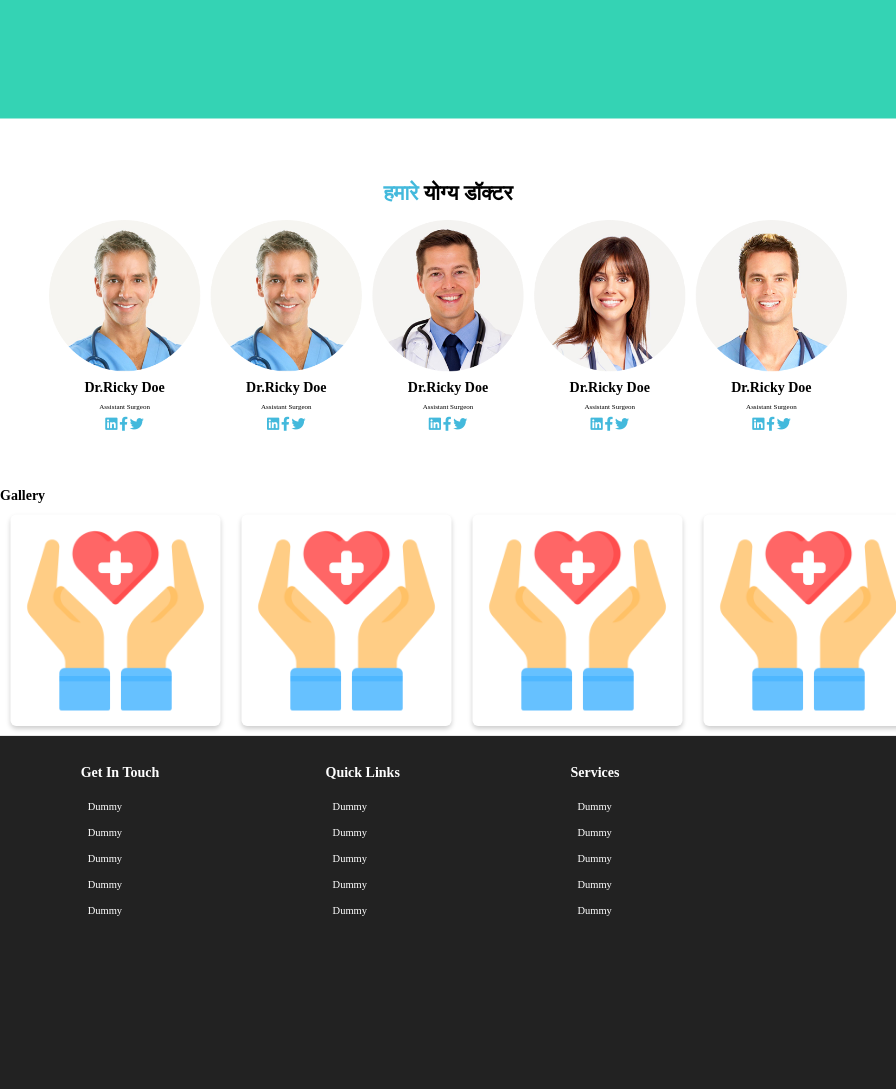
Repository: Aayush919/test
Page: index.html
An editor plug-in stored every save of this project. The page is shown before and after a run of saves, followed by the edit.
The browser window is 1280 px wide. The pictures show the part of the page from y = 2826 to 4746 px (the page is 4381 px tall before and 4746 px after), at 70% of full size.
Some web libraries are served in a nearby version.

Above is the page before, as saved 2023-10-15 12:56:29.
Console error: TypeError: Cannot read properties of null (reading 'addEventListener')

After the next 3 saves:
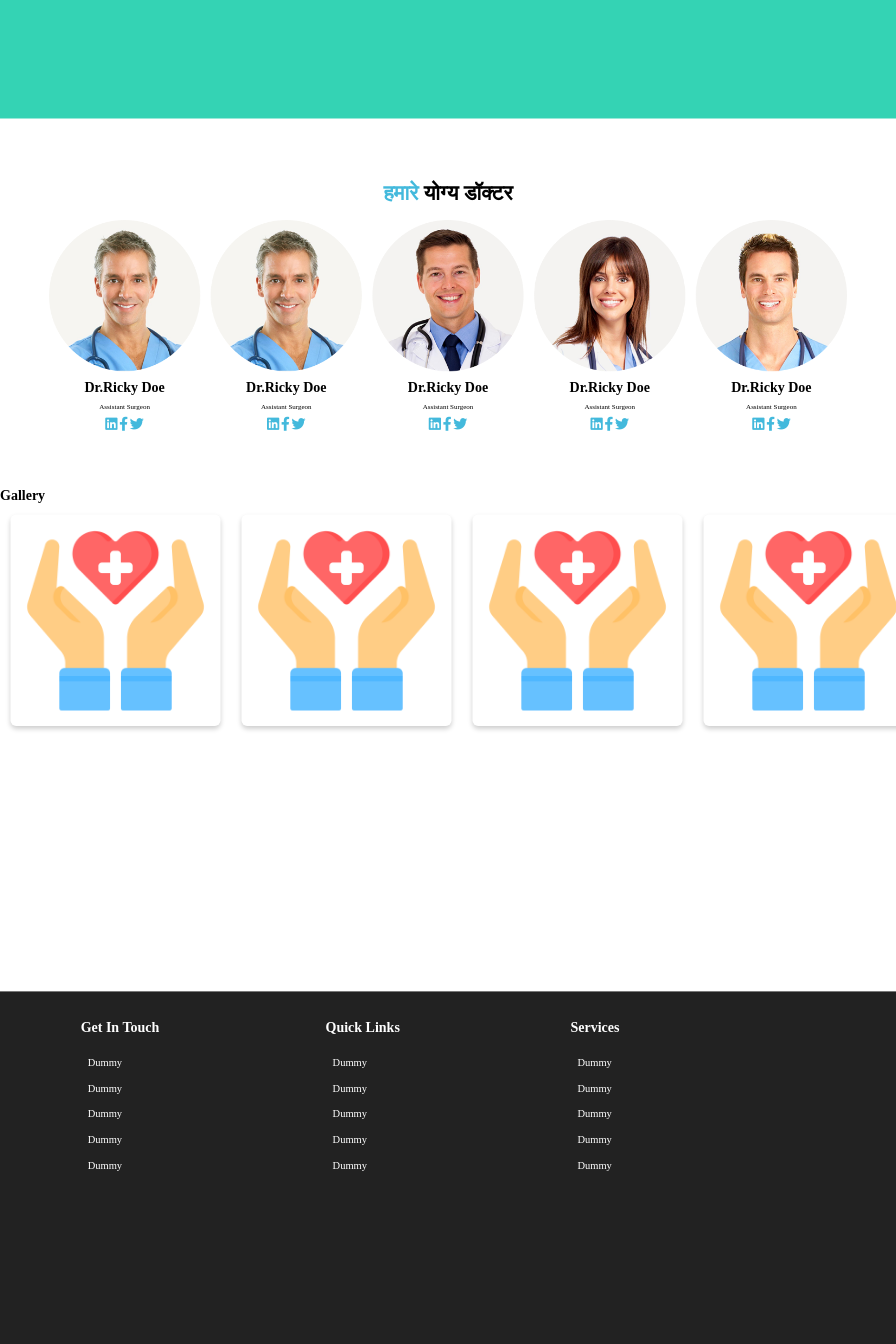
The 3 saves are shown as one change because they came seconds apart.
The last was saved 25 s later.
--- a/style.css
+++ b/style.css
@@ -502,6 +502,10 @@ section-container {
     background:#34d3b4;
   }
 
+  .gallery{
+    min-height: 100vh;
+  }
+
 
 /*
   @media screen and (max-width: 600px) {
